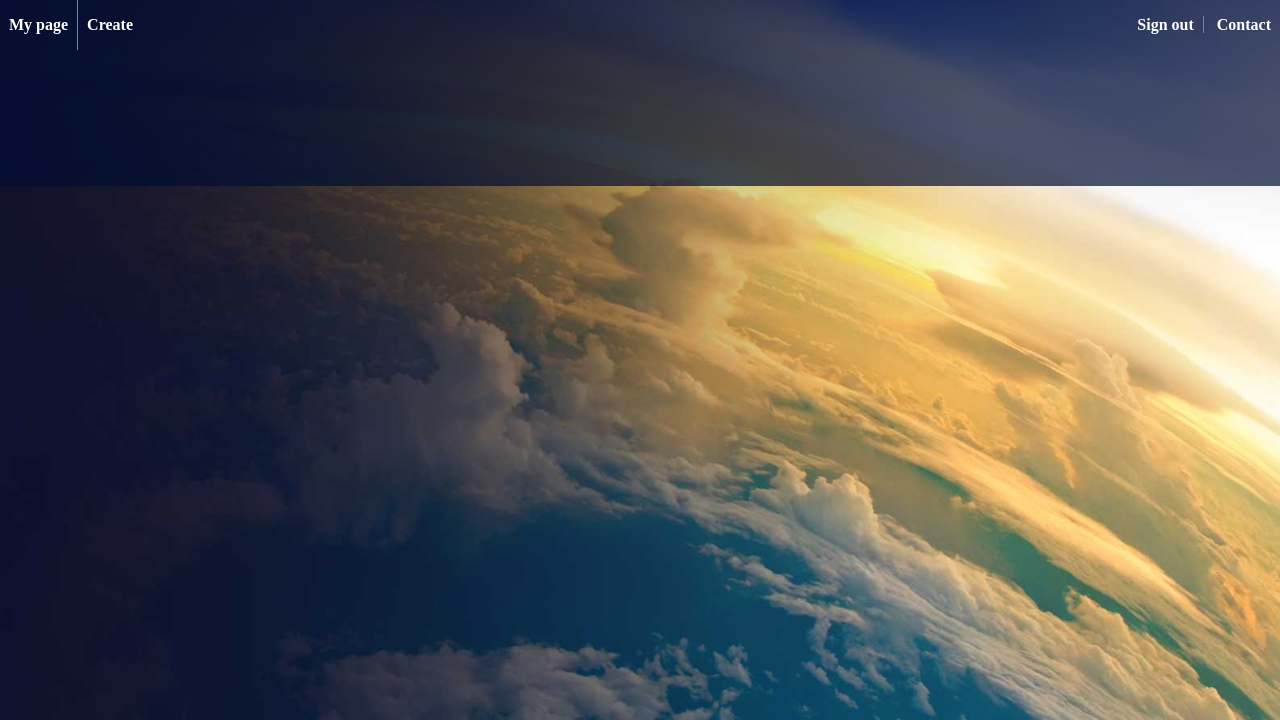
Repository: leeboseok/proposal-board
Page: http://localhost/ProposalSys/main.jsp
These files come from the project's save history. The page is drawn as it stood at one moment and after the next save; the edit follows.
The browser window is 1280 px wide. The pictures show the whole page.
The page is served by Tomcat 9. Other server files are loaded and not shown. Queries for data that is not in the repository find no rows.

Above is the page before, as saved 2024-07-31 15:12:31.

### ProposalSys/src/main/webapp/main.jsp
<%@ page language="java" contentType="text/html; charset=utf-8"
    pageEncoding="utf-8"%>
<%@ page import="java.sql.*" %>
<!DOCTYPE html>
<html>
	<head>
		<meta charset="utf-8">
		<title>메인 페이지 입니다.</title>
		<link rel="stylesheet" href="css/main.css">
		<style>
            /*#menu {width: 100%; display: flex; justify-content:center; }*/
		</style>
	</head>
	<body>
		<%
			String test=(String)session.getAttribute("fn");
			String admin=(String)session.getAttribute("admin");
			System.out.println(test);
		%>
		<div id="wrap">
			<div class="header">
				<div class="top">
					<div class="left">
						<%
							if("admin".equals(admin)){
								%>
									<a href="memberedit.jsp">User list</a>
									<a href="admincontactview.jsp">Contact</a>
								<%
							}else
						%>
						<a href="mypage.jsp">My page</a>
						<a href="create.jsp">Create</a>
					</div>
					<div class="right">
						<a href="logoutprogress.jsp">Sign out</a>
						<a href="admincontact.jsp">Contact</a>
					</div>
				</div>
			</div>
			<div class="body">
			<%
				Connection conn=null;
				Statement stmt=null;
				ResultSet rs=null;
				String pg=request.getParameter("page");

				int currentPage=(pg!=null)?Integer.parseInt(pg):1;
				int recordsPerPage=5;
				int start=(currentPage-1)*recordsPerPage;

				String url="jdbc:mysql://127.0.0.1:3306/fm_global";
				String db_id="root";
				String db_pw="iotiot";
				try{
					Class.forName("com.mysql.cj.jdbc.Driver");
					conn=DriverManager.getConnection(url, db_id, db_pw);

					String countSql="select count(*) from proposals";

					stmt=conn.createStatement();
					rs=stmt.executeQuery(countSql);
					int totalRecords=0;
					if(rs.next()){
						totalRecords=rs.getInt(1);
					}
					rs.close();
					stmt.close();

					int totalPages=(int)Math.ceil((double) totalRecords / recordsPerPage);
					String sql="select p.num, p.title, m.fn, m.ln, m.location, p.created_at from proposals p join member m on p.author=m.num ";
					sql+= "order by p.created_at desc "+"limit "+start+","+recordsPerPage;
					stmt=conn.createStatement();
					rs=stmt.executeQuery(sql);
					System.out.println(sql);

					while(rs.next()){
						int num=rs.getInt("num");
						String title=rs.getString("title");
						String firstName=rs.getString("fn");
						String lastName=rs.getString("ln");
						String location=rs.getString("location");
						String createdAt=rs.getString("created_at");
						%>
							<div class="list">
								<a href="viewpage.jsp?num=<%=num %>">
									<%=title %> <%=createdAt %><br>
									Name : <%=firstName+" "+lastName %>
									Location : <%=location %>
								</a>
							</div>
						<%
					}
					%>
					</div>
						<div class="pagination">
						<%
							if(currentPage>1){
								out.println("<a href='?page=" + (currentPage-1)+"'>Previous</a>");
							}
							for(int i=1; i<=totalPages; i++){
								if(i==currentPage){
									out.println("<strong>"+i+"</strong>");
								}else{
									out.println("<a href='?page="+i+"'>"+i+"</a>");
								}
							}
							if(currentPage<totalPages){
								out.println("<a href='?page="+(currentPage+1)+"'>Next</a>");
							}
						%>
						</div>
					<%
				}catch(Exception e){
					System.out.println("접속 중 오류 발생" + e);
				}finally{
					try{
						if(rs!=null)rs.close();
						if(stmt!=null)stmt.close();
						if(conn!=null)conn.close();
					}catch(Exception ex){
						System.out.println("접속 해제 중 오류 발생"+ex);
					}
				}
			%>
		</div>
	</body>
</html>

### ProposalSys/src/main/webapp/css/main.css
@charset "UTF-8";

html, body {
    height: 100%;
    margin: 0;
}

html {
    background-image: url('../images/hero-earth.jpg');
    background-size: cover;
    background-position: center;
    background-repeat: no-repeat;
}

#wrap{
    width:100%;
    height:100%;
    position:absolute;
    top:0;
    left:0;
    overflow:hidden;
}
.pan{
    width:100%;
    height:100%;
    position:relative;
    top:0;
}
.pan > div{
    height:100%;
}

/* 헤더처리 */
.header{
    position:absolute;
    width:100%;
    height:146px;
    top:0;
    left:0;
    background-color:rgba(0,14,51,0.7);
    top:0;
    left:0;
    z-index:99;
}
.header .top{
    width:100%;
    height:50px;
}
.header .bot{
    width:100%;
    height:95px;
}
.header .top .left a{
    float:left;
}
.header .top a{
    text-decoration:none;
    color:white;
    line-height:50px;
    font-weight:600;
    border-right:1px solid gray;
    padding:0px 9px;
}
.header .top a:last-child{
    border-right:0px solid gray;
}
.header .top .right{
    float:right;
}
.body {
	padding-top: 146px; /* 헤더 높이만큼 패딩을 추가하여 body가 헤더 아래에 위치하도록 함 */
}

.list {
    padding: 20px;
    margin: 0 auto;
    width: 80%;
}

.list a{
	text-decoration:none;
	color:white;
}

.pagination {
	margin:0 auto;
    text-align: center;
    padding: 20px;
    background-color: rgba(0, 14, 51, 0.7);
    color: white;
}

.pagination a {
    color: #fff;
    text-decoration: none;
    padding: 5px 10px;
}

.pagination a:hover {
    text-decoration: underline;
}

.pagination strong {
    font-weight: bold;
}

After the next save:
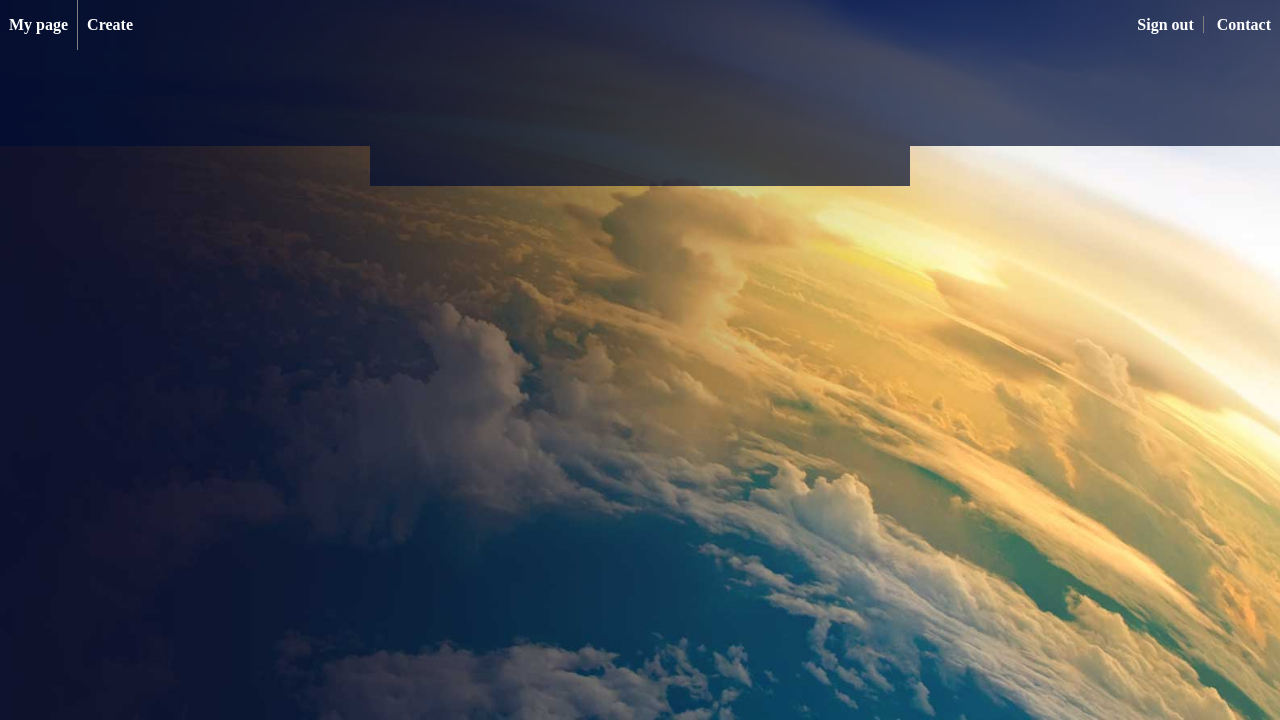
Saved 21 s later.
--- a/ProposalSys/src/main/webapp/css/main.css
+++ b/ProposalSys/src/main/webapp/css/main.css
@@ -84,6 +84,7 @@ html {
 
 .pagination {
 	margin:0 auto;
+	width: 500px;
     text-align: center;
     padding: 20px;
     background-color: rgba(0, 14, 51, 0.7);
